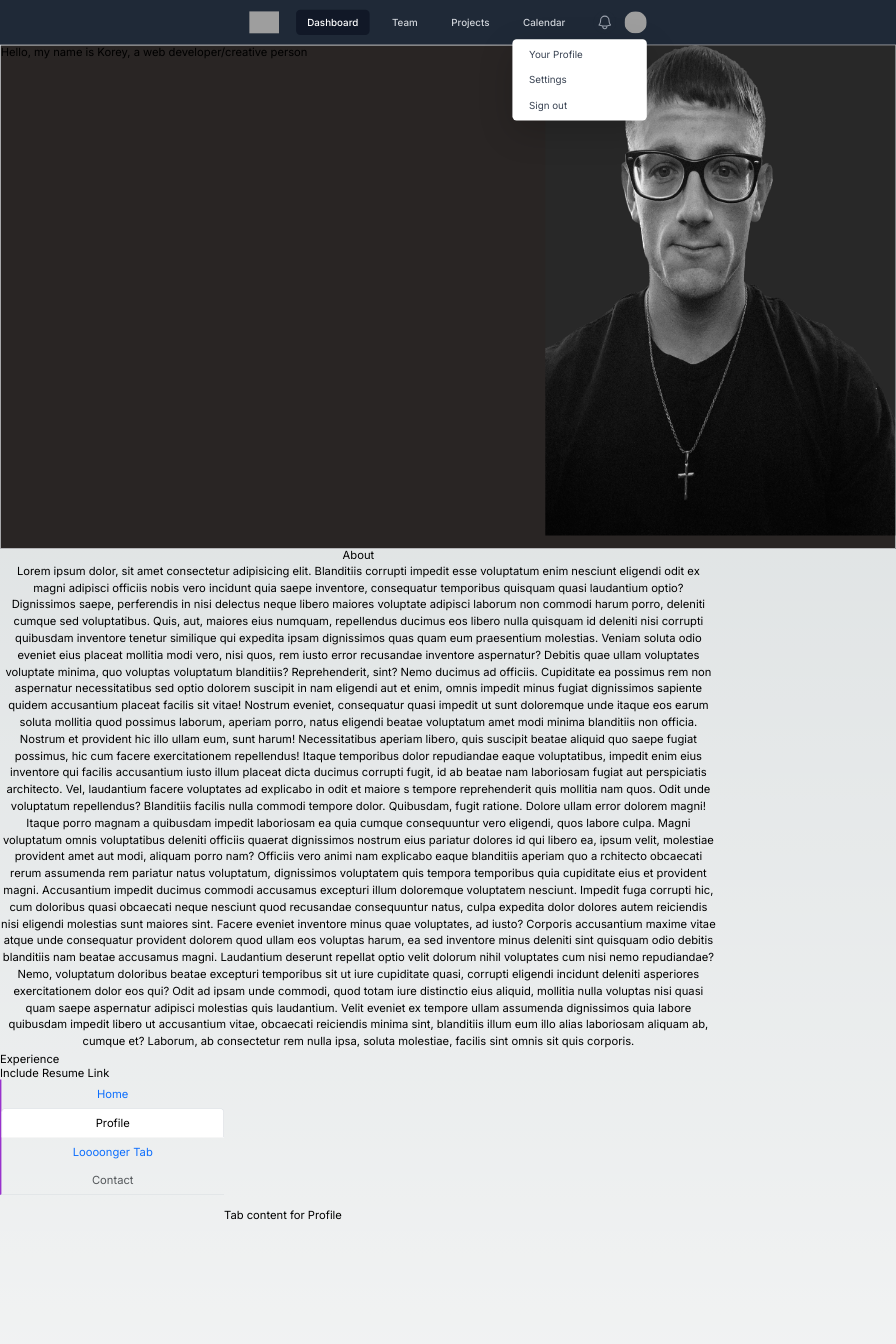
Repository: devkthines/next-portfolio-v2
Page: /
These files come from the project's save history. The page is drawn as it stood at one moment and after the next save; the edit follows.
The browser window is 1280 px wide. The pictures show the part of the page from y = 0 to 1920 px (the page is 2944 px tall), at 70% of full size.
Pictures or frames that could not be fetched are drawn as grey boxes. The project was rebuilt for these pictures with package versions that can differ from the ones it lists, and the page was loaded fresh each time. The framework's server and built-in components were replaced by stand-ins that run in the browser. Also part of the build but not shown: next.config.js.

Above is the page before, as saved 2023-09-10 20:54:58.

After the next save:
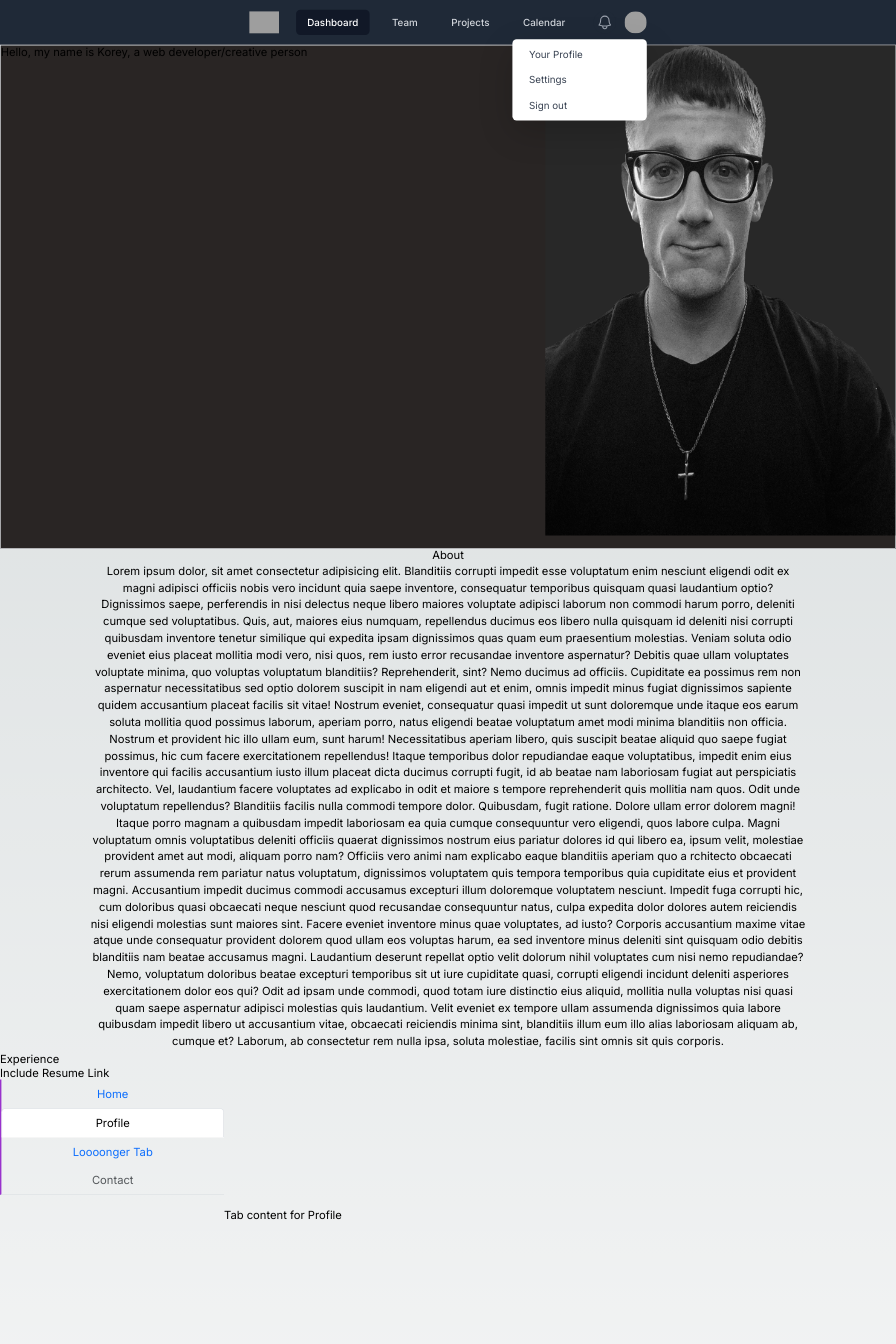
Saved 55 s later.
--- a/src/app/page.tsx
+++ b/src/app/page.tsx
@@ -18,7 +18,7 @@ export default function Home() {
       </div>
       <div id='about'>
 
-        <div className="aboutSection text-center">
+        <div className="aboutSection text-center m-auto">
           <div> <h1>About </h1>
             <p>Lorem ipsum dolor, sit amet consectetur adipisicing elit. Blanditiis corrupti impedit esse voluptatum enim
               nesciunt
